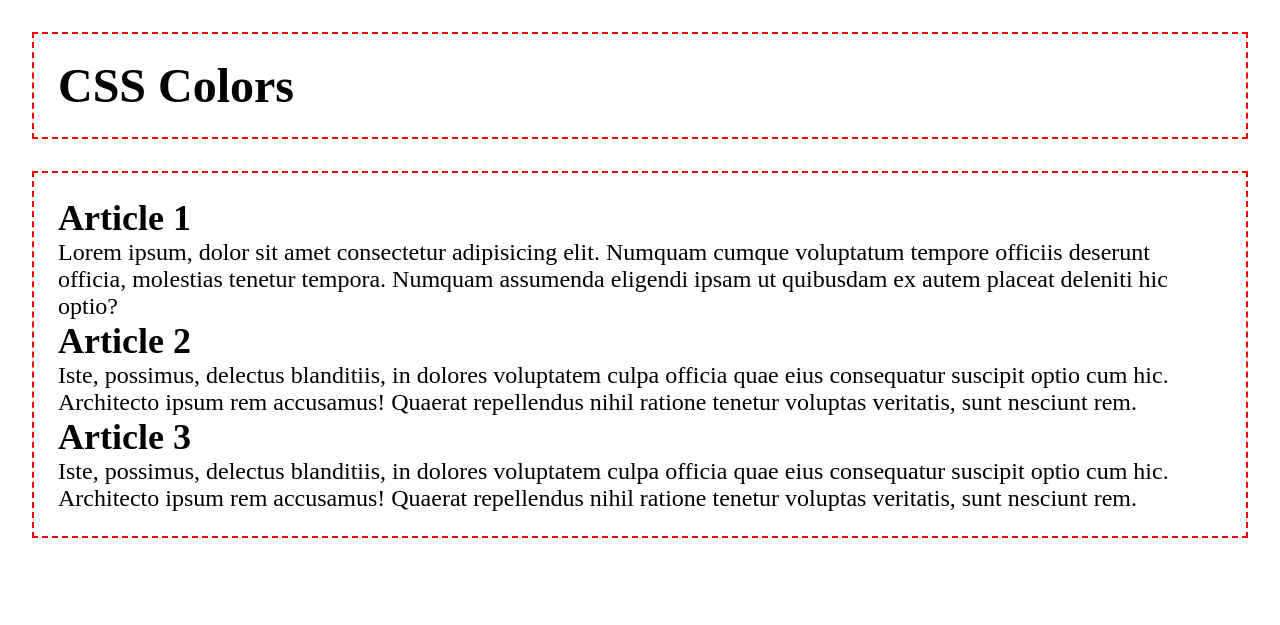
Repository: madhurik9999/Css
Page: index.html
An editor plug-in stored every save of this project. The page is shown before and after the next save, followed by the edit.
The browser window is 1280 px wide. The pictures show the whole page.

Above is the page before, as saved 2023-12-09 12:09:45.

After the next save:
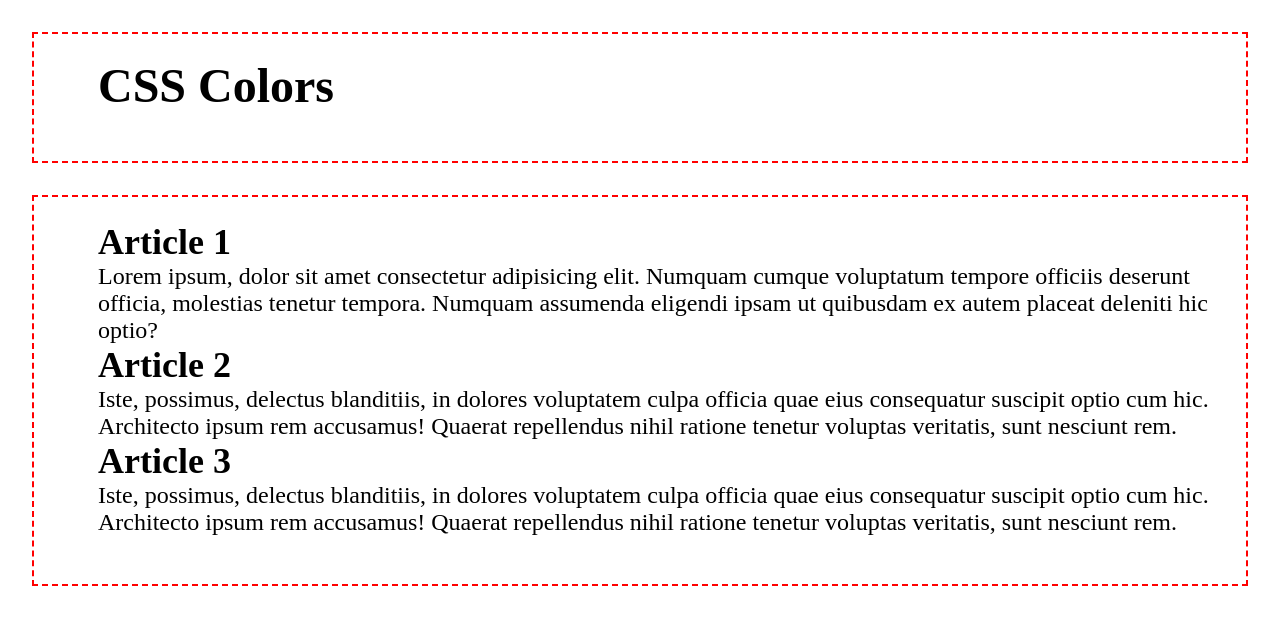
Saved 46 s later.
--- a/styles/style.css
+++ b/styles/style.css
@@ -106,5 +106,5 @@ h1 {
     margin: 2rem 2rem 2rem 2rem;
     /* margin: 2rem 2rem 2rem ;
     margin: 2rem 2rem; */
-    padding: 1.5rem;
+    padding: 1.5rem 2rem 3rem 4rem;
 }
